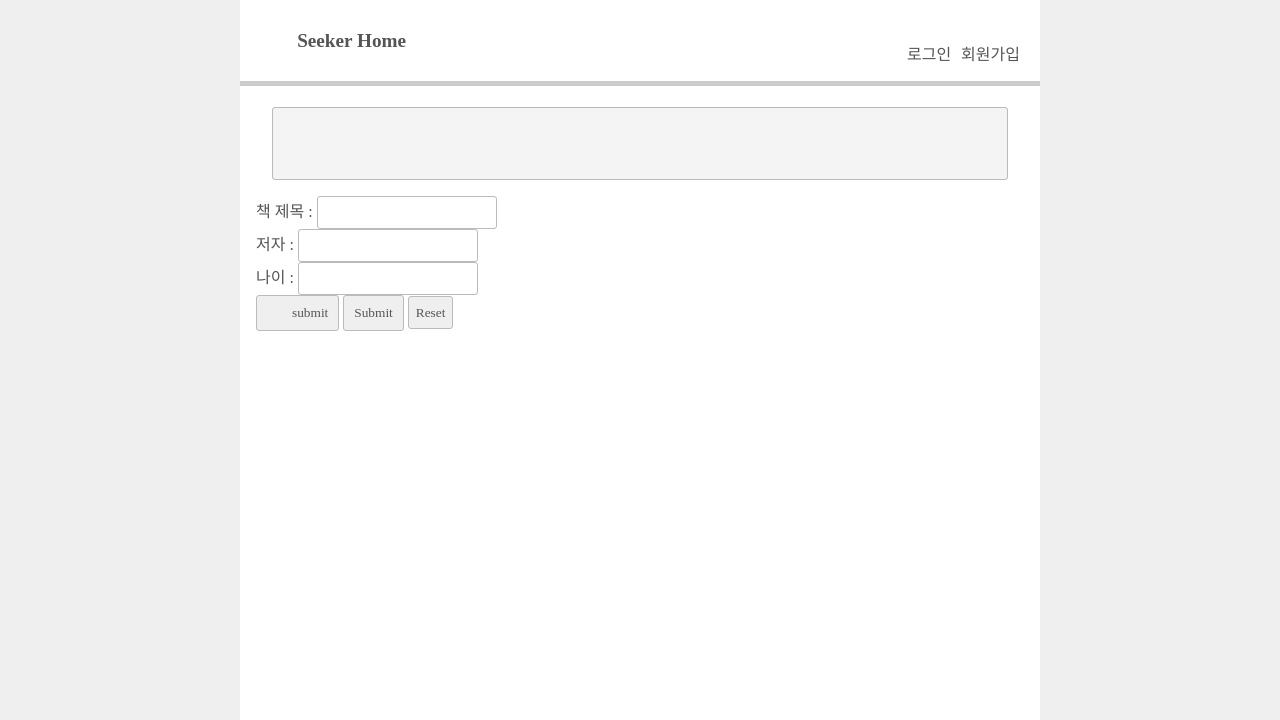
Repository: Seeker2250/JspTest
Page: http://localhost/jspPro/days01/ex02.jsp
These files come from the project's save history. The page is drawn as it stood at one moment and after the next save; the edit follows.
The browser window is 1280 px wide. The pictures show the whole page.
Some web fonts or font styles are not loaded; a fallback is used. The page is served by Tomcat 9. Other server files are loaded and not shown.

Above is the page before, as saved 2024-10-15 05:17:38.

### jspPro/src/main/webapp/days01/ex02.jsp
<%@ page language="java" contentType="text/html; charset=UTF-8"
    pageEncoding="UTF-8"%>
<!DOCTYPE html>
<html>
<head>
<meta charset="UTF-8">
<title>Insert title here</title>
<link rel="shortcut icon" type="image/x-icon" href="http://localhost/jspPro/images/SiSt.ico">
<script src="https://ajax.googleapis.com/ajax/libs/jquery/3.7.1/jquery.min.js"></script>
<meta name="viewport" content="width=device-width, initial-scale=1.0">
<link rel="stylesheet" href="http://localhost/jspPro/resources/cdn-main/example.css">
<script src="http://localhost/jspPro/resources/cdn-main/example.js"></script>
<style>
 span.material-symbols-outlined{
    vertical-align: text-bottom;
 }
</style>
</head>
<body>
<header>
  <h1 class="main"><a href="#" style="position: absolute;top:30px;">Seeker Home</a></h1>
  <ul>
    <li><a href="#">로그인</a></li>
    <li><a href="#">회원가입</a></li>
  </ul>
</header>
<div>
 <xmp class="code">

  </xmp>

  <form action="ex02_el_ok2.jsp">

  	책 제목 : <input type="text" id="title" name="title" autofocus><br>
  	저자 : <input type="text" id="author" name = "author""><br>
  	나이 : <input type="number" id="age" name = "age" ><br>
  	<button type="button" onclick="checkform()">submit</button>
  	<input type="submit">
  	<input type="reset">

  </form>
</div>
<script>
/*
function checkform(){
	var form = document.querySelector("#input");
	if(form.id.value=="") {
		alert("아이디를 입력해주세요");
		form.id.focus();
		return false;
	} else if (form.passwd.value == "") {
		alert("비밀번호를 입력해주세요");
		form.passwd.focus();
		return false;
	}
	form.submit();
}*/

	$("form").on("submit", function(event){
		alert("x")
	});
</script>
</body>
</html>

### jspPro/src/main/webapp/resources/cdn-main/example.css
@charset "UTF-8";

@import url('https://fonts.googleapis.com/css2?family=Material+Symbols+Outlined:opsz,wght,FILL,GRAD@20..48,100..700,0..1,-50..200');

@font-face {
    font-family: 'GmarketSansMedium';
    src: url('https://cdn.jsdelivr.net/gh/projectnoonnu/noonfonts_2001@1.1/GmarketSansMedium.woff') format('woff');
    font-weight: normal;
    font-style: normal;
}

:root {
	--text-color: #555;
	--sub-text-color: #777;
	--back-color: #EFEFEF;
	--header-color: #444;
	--primary-color: #DEDEDE;
	--secondary-color: #EFEFEF;
	--default-width: 800px;
	--narrow-width: 500px;
	--wide-width: 1200px;
	--text-font: 'GmarketSansMedium';
	--icon-font: 'Material Symbols Outlined';
	--border-color: #CCC;
}

html, body {
	margin: 0;
	padding: 0;
}

html {
	background-color: var(--back-color);
	display: flex;
	justify-content: center;
	min-height: 100vh;
}

body, body.default {
	width: var(--default-width);
	background-color: white;
	padding-bottom: 120px;
}

body.wide {
	width: var(--wide-width);
}

body.narrow {
	width: var(--narrow-width);
}



body, p, div, span, a, input, select, option, textarea, button, table, th, td, label, fieldset, legend {
	font-family: var(--text-font);
	color: var(--text-color);
}

h1, h2, h3 {
	font-family: var(--text-font);
	color: var(--header-color);
	padding: 0 1rem;
	padding-top: .5rem;
}

div > h1, div > h2, div > h3 {
	padding: 0;
}

body > div, body > main > div {
	padding: 0.3rem 1rem;
}


h1 { font-size: 2rem; border-bottom: 1px solid var(--border-color); }
h1 small { font-size: 1.2rem; color: var(--sub-text-color); }
h2 { font-size: 1.5rem; border-bottom: 1px dashed var(--border-color); }
h2 small { font-size: 1.1rem; color: --sub-text-color; }
h3 { font-size: 1.2rem; }
h3 small { font-size: 1rem; color: --sub-text-color; }



h1.main::before {
	font-family: var(--icon-font);
  	content: '\e666';
  	margin-right: 10px;
  	float: left;
	font-size: 2.5rem;
}

h1.sub::before {
	font-family: var(--icon-font);
  	content: '\ea19';
  	margin-right: 10px;
  	float: left;
	font-size: 2.5rem;
}


h1.page::before {
	font-family: var(--icon-font);
  	content: '\e0e0';
  	margin-right: 10px;
  	float: left;
	font-size: 2.5rem;
}

body > header > ul > li > .active{
	background-color: #FFF;
	color:#F00;
}

body > header {
	display: flex;
	justify-content: space-between;
	border-bottom: 5px solid var(--border-color);
	min-height: 74px;
	background-color: #FFF;
}

body > header.sticky {
	position: sticky;
	top: 0;
	z-index: 98;
}

body > header > h1 {
	font-size: 1.2rem;
	border: 0;
}

body > header.in > h1::before {
	font-family: var(--icon-font);
  	content: '\e332‥';
  	margin-right: 3px;
  	float: left;
	font-size: 2rem;
}


body > header > ul {
	list-style-type: none;
	display: flex;
	align-items: flex-end;
	margin-right: 10px;
}

body > header > ul > li {
	margin-right: 10px;
	cursor: pointer;
}

body > header > ul > li > a {
	cursor: pointer;
}


form {
	display: block;
}

form > div {
	padding: 0.3rem 1rem;
}

div > form > div {
	padding: 0.3rem 0;
}

input, textarea, button, select {
	border: 1px solid #BBB;
	border-radius: 3px;
	outline: none;
	resize: none;
	padding: 7px;
	margin: 0;
}

input[type=text]:read-only, textarea:read-only {
	cursor: not-allowed;
	background-color: #FFF;
}

input[type=text]:disabled, textarea:disabled {
	cursor: not-allowed;
	background-color: #EEE;
}

input[type=text], input[type=password], textarea, button, select {
	/* width: 300px; */
}

textarea {
	display: block;
	height: 100px;
}

input[type=button], input[type=submit], button {
	/* width: inherit; */
}

input.short, textarea.short, button.short, select.short {
	width: 100px;
}

input.long, textarea.long, button.long, select.long {
	width: 350px;
}

.narrow input.long, .narrow textarea.long, .narrow button.long, .narrow select.long {
	width: calc(100% - 20px);
}

input.full, textarea.full, button.full, select.full {
	width: calc(100% - 20px);
}

textarea.short {
	height: 50px;
}

textarea.long {
	height: 100px;
}

textarea.full {
	height: 200px;
}

input, textarea {
	padding-top: 8px;
}

input[type=button], input[type=submit], button {
	padding: 5px 10px;
	background-color: var(--secondary-color);
	cursor: pointer;
	min-height: 36px;
}

input[type=button].primary, input[type=submit].primary, button.primary {
	/* background-color: rgba(100, 149, 237, .2); */
	background-color: var(--primary-color);
}

input[type=button].primary:hover, input[type=submit].primary:hover, button.primary:hover {
	/* background-color: rgba(100, 149, 237, .3); */
	background-color: var(--secondary-color);
}

input[type=button]:hover, input[type=submit]:hover, button:hover {
	background-color: var(--primary-color);
}

button {
	position: relative;
	left: 0;
	top: 0;
	padding-left: 35px;
}

button .material-symbols-outlined {
	position: absolute;
	left: 10px;
	top: 4px;
}

/* k2nik add */
button.login::before {
	font-family: var(--icon-font);
  	content: '\ea77';
	position: absolute;
	left: 11px;
	top: 4px;
	font-size: 1.25rem;
}

/* k2nik logout */
button.logout::before {
	font-family: var(--icon-font);
  	content: '\e9ba';
	position: absolute;
	left: 11px;
	top: 4px;
	font-size: 1.25rem;
}

/* k2nik help */
button.help::before {
	font-family: var(--icon-font);
  	content: '\f1c0';
	position: absolute;
	left: 11px;
	top: 4px;
	font-size: 1.25rem;
}

button.add::before{
	font-family: var(--icon-font);
  	content: '\e746';
	position: absolute;
	left: 11px;
	top: 4px;
	font-size: 1.25rem;
}

button.back::before {
	font-family: var(--icon-font);
  	content: '\e166';
	position: absolute;
	left: 11px;
	top: 4px;
	font-size: 1.25rem;
}

button.list::before {
	font-family: var(--icon-font);
  	content: '\e0ee';
	position: absolute;
	left: 11px;
	top: 4px;
	font-size: 1.25rem;
}


button.del::before {
	font-family: var(--icon-font);
  	content: '\e872';
	position: absolute;
	left: 11px;
	top: 4px;
	font-size: 1.25rem;
}


button.edit::before {
	font-family: var(--icon-font);
  	content: '\e745';
	position: absolute;
	left: 11px;
	top: 4px;
	font-size: 1.25rem;
}


button.login::before {
	font-family: var(--icon-font);
  	content: '\ea77';
	position: absolute;
	left: 11px;
	top: 4px;
	font-size: 1.25rem;
}


button.logout::before {
	font-family: var(--icon-font);
  	content: '\e9ba';
	position: absolute;
	left: 11px;
	top: 4px;
	font-size: 1.25rem;
}


button.in::before {
	font-family: var(--icon-font);
  	content: '\f71a';
	position: absolute;
	left: 11px;
	top: 4px;
	font-size: 1.25rem;
}


button.out::before {
	font-family: var(--icon-font);
  	content: '\f70e';
	position: absolute;
	left: 11px;
	top: 4px;
	font-size: 1.25rem;
}


button.reply::before {
	font-family: var(--icon-font);
  	content: '\e15e';
	position: absolute;
	left: 11px;
	top: 4px;
	font-size: 1.25rem;
}


button.comment::before {
	font-family: var(--icon-font);
  	content: '\e0b9';
	position: absolute;
	left: 11px;
	top: 4px;
	font-size: 1.25rem;
}


button.modal::before {
	font-family: var(--icon-font);
  	content: '\e89e';
	position: absolute;
	left: 11px;
	top: 4px;
	font-size: 1.25rem;
}


button.ok::before {
	font-family: var(--icon-font);
  	content: '\e86c';
	position: absolute;
	left: 11px;
	top: 4px;
	font-size: 1.25rem;
}


button.cancel::before {
	font-family: var(--icon-font);
  	content: '\e5c9';
	position: absolute;
	left: 11px;
	top: 4px;
	font-size: 1.25rem;
}

button.search::before {
	font-family: var(--icon-font);
  	content: '\e8b6';
	position: absolute;
	left: 11px;
	top: 4px;
	font-size: 1.25rem;
}

button.home::before {
	font-family: var(--icon-font);
  	content: '\e88a';
	position: absolute;
	left: 11px;
	top: 4px;
	font-size: 1.25rem;
}


button.sidebar::before {
	font-family: var(--icon-font);
  	content: '\f7e4';
	position: absolute;
	left: 11px;
	top: 4px;
	font-size: 1.25rem;
}


button.sidebar-right::before {
	font-family: var(--icon-font);
  	content: '\f7e5';
	position: absolute;
	left: 11px;
	top: 4px;
	font-size: 1.25rem;
}




button::before {
	font-family: var(--icon-font);
  	content: '\e323';
	position: absolute;
	left: 11px;
	top: 4px;
	font-size: 1.25rem;
}


table {
	border-collapse: collapse;
	margin: 1rem;
	box-sizing: border-box;
	width: calc(100% - 32px);
}

table.content {
	width: auto;
}

div > table {
	margin: 0;
}

table th, table td {
	border: 1px solid var(--border-color);
	padding: 7px;
	font-weight: normal;
}

table th {
	background-color: var(--back-color);
}

table.vertical th {
	width: 150px;
}

table.vertical td {
	width: calc(100% - 182px);
	padding-left: 10px;
}

table.content td, table.content th {
	width: auto;
}

body.narrow table.vertical th {
	width: 100px;
}

body.narrow table.vertical td {
	width: calc(100% - 182px);
}


table + table {
	margin-top: 30px;
}


p {
	padding: 0 1rem;
}

a {
	text-decoration: none;
}

a:hover {
	color: rgba(255, 99, 71, .7);
}

hr {
	border: 0;
	border-top: 1px solid var(--border-color);
	margin: 2rem 0;
}

.message {
	border: 1px solid var(--border-color);
	background-color: #EFEFEF;
	margin: 1rem;
	width: auto;
	padding-top: 10px;
	padding-bottom: 10px;
	font-size: 14px;
}

.message[title]::before {
	content: attr(title);
	display: block;
	border-bottom: 1px solid var(--border-color);
	padding-bottom: 5px;
	margin-bottom: 10px;
	margin-top: 7px;
}

.message.short {
	max-width: 250px;
}

.message.long {
	max-width: 500px;
}

.badge {
	float: right;
	font-size: .8rem;
	margin-top: 2px;
	margin-right: 2px;
	text-shadow: 0 0 7px gray;
}

.badge.left {
	float: none;
	margin-left: 2px;
}

.badge.right {
	float: right;
}

.badge.red {
	border-radius: 50%;
	padding: 2px 5px;
	background-color: rgb(255, 99, 71, .3);
}

.badge.yellow {

	border-radius: 50%;
	padding: 2px 5px;
	background-color: rgb(255, 215, 0, .5);
}

.badge.blue {
	border-radius: 50%;
	padding: 2px 5px;
	background-color: rgb(100, 149, 237, .3);
}

label + label {
	margin-left: 7px;
}

label input[type=checkbox], label input[type=radio] {
	transform: translate(0, 1px);
}

.group {
	display: flex;
}

.modal-content .group {
	margin-bottom: .5rem;
}

.group label {
	border: 1px solid #BBB;
	border-radius: 3px;
	outline: none;
	resize: none;
	padding: 7px 14px;
	margin: 0;
	border-top-right-radius: 0;
	border-bottom-right-radius: 0;
	background-color: #EFEFEF;
	white-space: nowrap;
	font-size: 14px;
}

.group input[type=text] {
	margin-left: -1px;
	border-top-left-radius: 0;
	border-bottom-left-radius: 0;
}

.group select {
	margin-left: -1px;
	border-top-left-radius: 0;
	border-bottom-left-radius: 0;
}

.group input.full[type=text] {
	margin-left: -1px;
	border-top-left-radius: 0;
	border-bottom-left-radius: 0;
	width: 100%;
}

.group input[type=button]:first-child, .group button:first-child {
	border-top-left-radius: 3px;
	border-bottom-left-radius: 3px;
	margin-left: 0px;
}

.group input[type=button], .group button {
	border-radius: 0;
	margin-left: -1px;
}

.group input[type=button]:last-child, .group button:last-child {
	margin-left: -1px;
	border-top-right-radius: 3px;
	border-bottom-right-radius: 3px;
}

.seperate {
	display: flex;
	justify-content: space-between;
}

div.list {
	width: max-content;
	margin: 1rem;
	border: 1px solid #BBB;
	border-radius: 3px;
	padding: 0;
}

div.list.full {
	width: auto;
	display: block;
	margin: 1rem;
	border: 1px solid #BBB;
	border-radius: 3px;
	padding: 0;
}

div.list > div {
	padding: .5rem 1rem;
	margin: 0;
	border-bottom: 1px solid #BBB;
}

div.list > div:last-child {
	border-bottom: 0;
}

pre.code , xmp.code{
	font-family: consols;
	background-color: rgba(150, 150, 150, .1);
	border: 1px solid #BBB;
	border-radius: 3px;
	padding: .5rem 1rem;
	padding-bottom: .6rem;
	margin: 1rem;
}




*[data-modal-window] {
	position: fixed;
	background-color: rgba(0, 0, 0, .3);
	left: 0;
	top: 0;
	display: none;
	justify-content: center;
	align-items: flex-start;
	width: 100%;
	min-height: 100vh;
	z-index: 100;
	opacity: 0;
	transition: 500ms all;
}

*[data-modal-window] .modal-container {
	border-radius: 5px;
	padding: 1rem;
	padding-bottom: .5rem;
	margin-top: -500px;
	opacity: 0;
	width: 500px;
	background-color: #FFF;
	margin-right: 2rem;
	transition: 500ms all;
}

*[data-modal-size=content] .modal-container {
	width: auto;
}

*[data-modal-size=narrow] .modal-container {
	width: 300px;
}

*[data-modal-size=wide] .modal-container {
	width: 760px;
}


*[data-modal-window] .modal-header {
	border-bottom: 1px solid var(--border-color);
	padding: 2px 5px;
}

*[data-modal-window] .modal-content {
	padding: 1rem 5px;
}

*[data-modal-window] .modal-content div:last-child {
	margin-top: 1rem;
	text-align: right;
}



*[data-sidebar-window] {
	position: fixed;
	background-color: #FFF;
	left: 0;
	top: 0;
	display: block;
	width: 300px;
	border-right: 1px solid var(--border-color);
	box-sizing: border-box;
	box-shadow: 0 0 3px var(--back-color);
	min-height: 100vh;
	z-index: 99;
	transform: translate(-300px, 0);
	transition-duration: 500ms;
	transition-property: transform;
}

*[data-sidebar-direction=right] {
	left: auto;
	right: 0;
	transform: translate(300px, 0);
	border-left: 1px solid var(--border-color);
}

*[data-sidebar-size=wide] {
	width: 500px;
	transform: translate(-500px, 0);
}

*[data-sidebar-window] .sidebar-title {
	border-bottom: 1px solid var(--border-color);
	margin-top: 20px;
	margin-bottom: 20px;
	padding-bottom: 5px;
	display: flex;
	justify-content: space-between;
}

*[data-sidebar-window] .sidebar-title span:last-child {
	cursor: pointer;
}


/* K2Nik pagination */
.center {
  text-align: center;
}

.pagination {
  display: inline-block;
}

.pagination a {
  color: black;
  float: left;
  padding: 3px 6px;
  text-decoration: none;
  transition: background-color .3s;
  border: 1px solid #ddd;
  margin: 0 3px;
}

.pagination a.active {
  background-color: #4CAF50;
  color: white;
  border: 1px solid #4CAF50;
}

.pagination a:hover:not(.active) {background-color: #ddd;}

### jspPro/src/main/webapp/resources/cdn-main/example.js

window.onload = () => {

    const list = document.querySelectorAll('input, textarea');

    list.forEach(item => {
        item.setAttribute('autocomplete', 'off');
    });


    const modal_btn_list = document.querySelectorAll('*[data-modal-button]');

    modal_btn_list.forEach(item => {
        item.onclick = function() {

            const name = this.dataset['modalButton'];
            const modal_window = document.querySelector('*[data-modal-window=' + name);

            const container = document.createElement('div');
            container.className = 'modal-container';



            const modal_header = document.createElement('div');
            modal_header.textContent = modal_window.dataset['modalTitle'];
            modal_header.className = 'modal-header';
            container.appendChild(modal_header);

            const modal_content = document.createElement('div');
            modal_content.className = 'modal-content';
            container.appendChild(modal_content);

            Array.from(modal_window.childNodes).forEach(item => {
                modal_content.appendChild(item);
            });

            modal_window.appendChild(container);

            modal_window.style.display = 'flex';

            setTimeout(() => {
                modal_window.style.opacity = 1;
                container.style.marginTop = '20px';
                container.style.opacity = 1;
            }, 50);


            const modal_ok = document.querySelector('*[data-modal-ok=' + name);
            modal_ok.addEventListener('click', function() {
                modal_window.style.opacity = 0;
                container.style.marginTop = '-500px';
                container.style.opacity = 0;

                setTimeout(() => {
                    modal_window.innerHTML = modal_content.innerHTML;
                    modal_window.style.display = 'none';
                }, 500);

            });

            const modal_cancel = document.querySelector('*[data-modal-cancel=' + name);
            modal_cancel.addEventListener('click', function() {

                modal_window.style.opacity = 0;
                container.style.marginTop = '-500px';
                container.style.opacity = 0;

                setTimeout(() => {
                    modal_window.innerHTML = modal_content.innerHTML;
                    modal_window.style.display = 'none';
                }, 500);
            });


        };
    });


    const sidebar_btn_list = document.querySelectorAll('*[data-sidebar-button]');

    sidebar_btn_list.forEach(item => {
        item.onclick = function() {



            const name = this.dataset['sidebarButton'];
            const sidebar_window = document.querySelector('*[data-sidebar-window=' + name);

            if (sidebar_window.style.transform == 'translate(0px, 0px)') return;



            sidebar_window.style.transform = 'translate(0, 0)';

            const sidebar_title = document.createElement('div');
            sidebar_title.className = 'sidebar-title';
            sidebar_title.innerHTML = '<span>' + sidebar_window.dataset['sidebarTitle'] + '</span><span class="material-symbols-outlined">close</span>';

            sidebar_title.children[1].onclick = function() {

                let sign = 1;
                let distance = 300;

                if (sidebar_window.dataset['sidebarDirection'] != 'right') {
                    sign = -1;
                } else {
                    sign = 1;
                }

                if (sidebar_window.dataset['sidebarSize'] != 'wide') {
                    distance = 300;
                } else {
                    distance = 500;
                }

                distance *= sign;

                sidebar_window.style.transform = 'translate(' + distance + 'px, 0)';

                setTimeout(function() {
                    sidebar_window.removeChild(sidebar_window.children[0]);
                }, 500);
            };


            sidebar_window.prepend(sidebar_title);

        }
    });

};

// window.onkeydown = function(event) {

//     if (event.keyCode == 27) {
//         if (document.querySelector('[data-modal-window').style.display == 'flex') {
//             document.querySelector('[data-modal-window').style.display = 'none';
//         }
//     }

// };

After the next save:
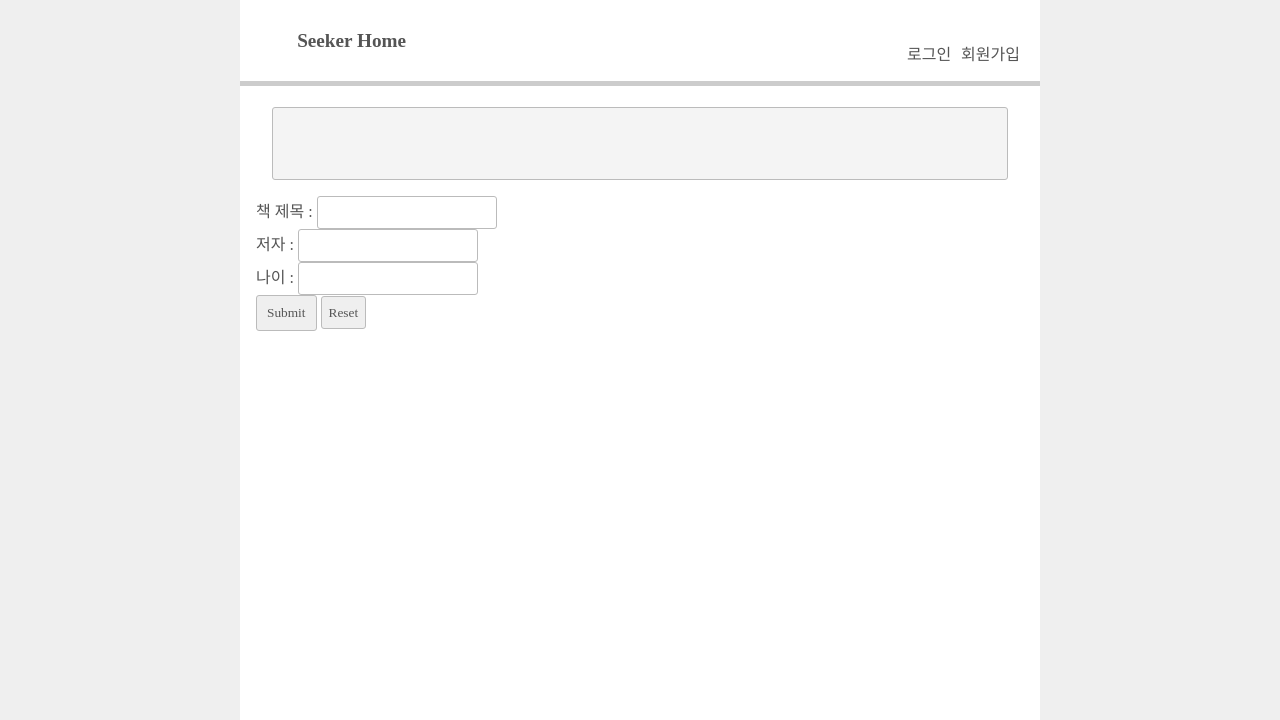
Saved 13 s later.
--- a/jspPro/src/main/webapp/days01/ex02.jsp
+++ b/jspPro/src/main/webapp/days01/ex02.jsp
@@ -34,7 +34,7 @@
   	책 제목 : <input type="text" id="title" name="title" autofocus><br>
   	저자 : <input type="text" id="author" name = "author""><br>
   	나이 : <input type="number" id="age" name = "age" ><br>
-  	<button type="button" onclick="checkform()">submit</button>
+  	<!-- <button type="button" onclick="checkform()">submit</button> -->
   	<input type="submit">
   	<input type="reset">
 
